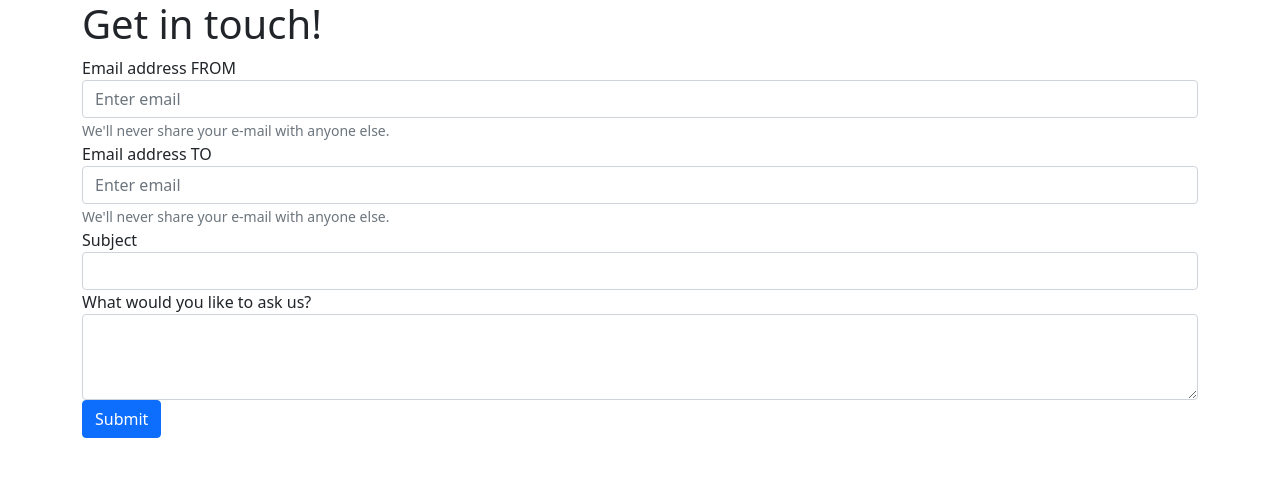
Repository: Akhilanishith/phpprojectgh
Page: http://localhost/contactform-miniproject.php
These files come from the project's save history. The page is drawn as it stood at one moment and after the next save; the edit follows.
The browser window is 1280 px wide. The pictures show the whole page.
The page is run by PHP 8.4 with error messages shown; the project is at /var/www/html/.

Above is the page before, as saved 2022-12-14 14:53:43.

### contactform-miniproject.php
<?php
$error = "";

$successMessage = "";

if($_POST) {
    if(!$_POST["email"]) {
        $error .= "An email address is required<br>";
    }

    if(!$_POST["content"]) {
        $error .= "The content field is required.<br>";
    }

    if(!$_POST["subject"]) {
        $error .= "The subject is required.<br>";
    }

    if($_POST["email"] && filter_var($_POST["email"], FILTER_VALIDATE_EMAIL) === false) {
        $error .= "The email address is invalid.<br>";
    }

    //check if there are errors

    if($error != "") {
        $error = '<div class="alert alert-danger" role="alert"><p>There were error(s) in your form:</p>' . $error . '</div>';
    }
    else {  //email address is good!
        $emailTo = 'anishpapu7663@gamil.com,shahaazpa04@gmail.com';
        $subject = $_POST['subject'];
        $content = $_POST['content'];
        $headers = "From: " . $_POST['email'];

        //try sending the mail
        if(mail($emailTo, $subject, $content, $headers)) {
            $successMessage = '<div class="alert alert-success" role="alert">Your message was sent, ' .
                            'we\'ll get back to you ASAP!</div>';
        }
        else {
            $error = '<div class="alert alert-danger" role="alert">Your message couldn\'t be sent - try again later</div>';
        }//end if mail function succeeded or failed
    }//end else for the if $error != ""

}//end if $_POST

?>


<!DOCTYPE html>

<html lang="en">
<head>
    <meta charset="utf-8">
    <meta name="viewport" content="width=device-width, initial-scale=1, shrink-to-fit=no">
    <meta http-equiv="x-ua-compatible" content="ie=edge">

    <link href="https://cdn.jsdelivr.net/npm/bootstrap@5.1.3/dist/css/bootstrap.min.css"
          rel="stylesheet"
          integrity="sha384-1BmE4kWBq78iYhFldvKuhfTAU6auU8tT94WrHftjDbrCEXSU1oBoqyl2QvZ6jIW3"
          crossorigin="anonymous">

</head>
<body>
    <div class="container">
        <h1>Get in touch!</h1>
        <div id="error"><?php echo $error.$successMessage; ?></div>

        <form method="post">
            <fieldset class="form-group">
                <label for="email">Email address FROM </label>
                <input type="email" class="form-control" id="email" name="email" placeholder="Enter email">
                <small class="text-muted">We'll never share your e-mail with anyone else.</small>
            </fieldset>
              <fieldset class="form-group">
                <label for="email">Email address TO</label>
                <input type="email" class="form-control" id="email" name="emailto" placeholder="Enter email">
                <small class="text-muted">We'll never share your e-mail with anyone else.</small>
            </fieldset>

            <fieldset class="form-group">
                <label for="subject">Subject </label>
                <input type="text" class="form-control" id="subject" name="subject">
            </fieldset>

            <fieldset class="form-group">
                <label for="content">What would you like to ask us?</label>
                <textarea class="form-control" id="content" name="content" rows="3"></textarea>
            </fieldset>

            <button type="submit" id="submit" class=" btn btn-primary">Submit</button>
        </form><!-- end of the form -->
    </div><!-- end of container div -->

    <script src="https://code.jquery.com/jquery-3.6.0.min.js"></script>
    <script src="https://cdn.jsdelivr.net/npm/bootstrap@5.1.3/dist/js/bootstrap.min.js"
            integrity="sha384-QJHtvGhmr9XOIpI6YVutG+2QOK9T+ZnN4kzFN1RtK3zEFEIsxhlmWl5/YESvpZ13"
            crossorigin="anonymous">
    </script>

    <script type="text/javascript">
        $("form").submit(function(e) {
            let error = "";

            if($("#email").val() == "") {
                error += "The email field is required<br>.";
            }

            if($("#subject").val() == "") {
                error += "The subject field is required.<br>";
            }

            if($("#content").val() == "") {
                error += "The content field is required.<br>";
            }
            //test if there was an error or not

            if(error != "") {
                $("#error").html('<div class="alert alert-danger"' +
                'role="alert"><p><strong>There were error(s) in your form:</strong></p>' + error + '</div>');

                return false;
            }
            else {  //no errors!
                return true;
            }//end if-else

        });
    </script>

</body>
</html>

After the next save:
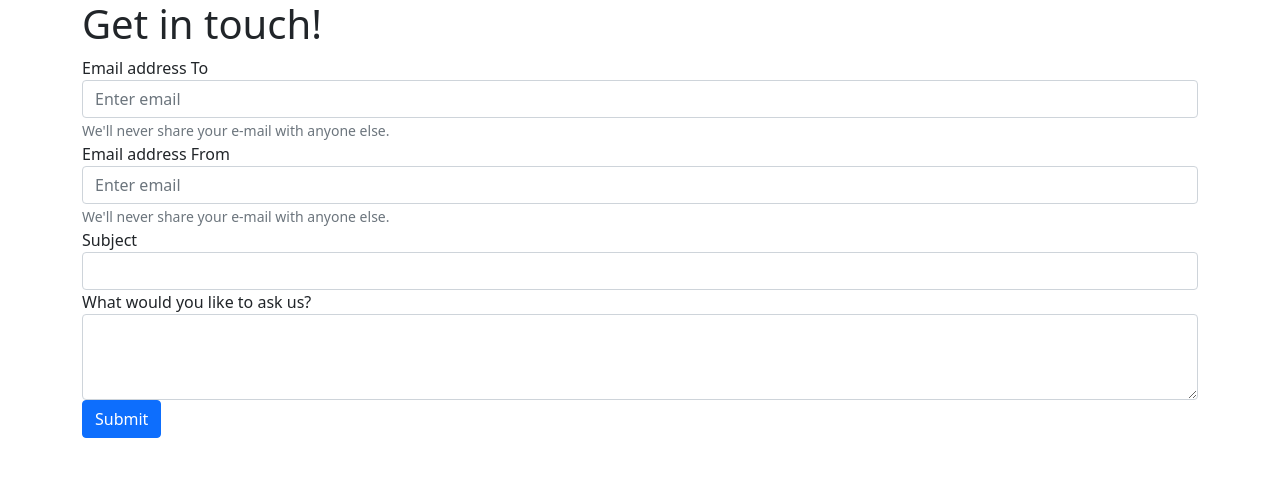
Saved 2 min 52 s later.
--- a/contactform-miniproject.php
+++ b/contactform-miniproject.php
@@ -26,7 +26,7 @@
         $error = '<div class="alert alert-danger" role="alert"><p>There were error(s) in your form:</p>' . $error . '</div>';
     }
     else {  //email address is good!
-        $emailTo = 'anishpapu7663@gamil.com,shahaazpa04@gmail.com';
+        $emailTo = "To: " . $_POST['emailto'];
         $subject = $_POST['subject'];
         $content = $_POST['content'];
         $headers = "From: " . $_POST['email'];
@@ -67,13 +67,13 @@
 
         <form method="post">
             <fieldset class="form-group">
-                <label for="email">Email address FROM </label>
-                <input type="email" class="form-control" id="email" name="email" placeholder="Enter email">
+                <label for="email">Email address To </label>
+                <input type="email" class="form-control" id="email" name="emailto" placeholder="Enter email">
                 <small class="text-muted">We'll never share your e-mail with anyone else.</small>
             </fieldset>
               <fieldset class="form-group">
-                <label for="email">Email address TO</label>
-                <input type="email" class="form-control" id="email" name="emailto" placeholder="Enter email">
+                <label for="email">Email address From</label>
+                <input type="email" class="form-control" id="email" name="email" placeholder="Enter email">
                 <small class="text-muted">We'll never share your e-mail with anyone else.</small>
             </fieldset>
 
